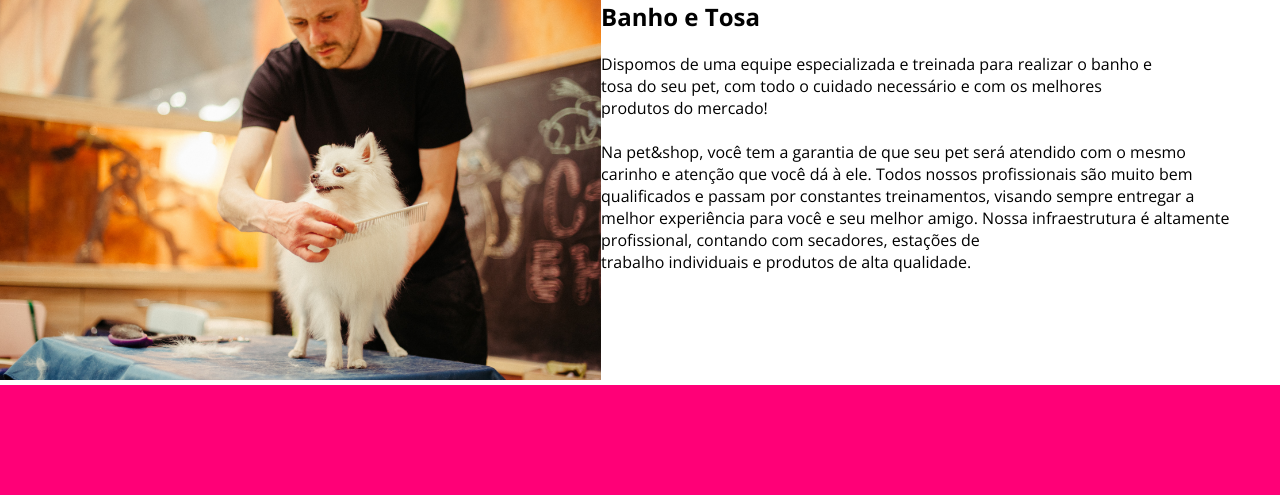
Repository: Carolden/ProhetoPetShop
Page: servicos.html
The author's editor kept a copy of each file at every save. The page is drawn from the files as they stood at one save, then again after the next save.
The browser window is 1280 px wide. The pictures show the part of the page from y = 270 to 765 px (the page is 1430 px tall).
A picture or video elsewhere on the page could not be fetched, so the positions and the page height are approximate.

Above is the page before, as saved 2023-05-02 08:46:40.

### servicos.html
<!DOCTYPE html>
<html lang="pt-BR">
<head>
    <meta charset="UTF-8">
    <meta http-equiv="X-UA-Compatible" content="IE=edge">
    <meta name="viewport" content="width=device-width, initial-scale=1.0">
    <title>Pet&Shop</title>
    <link rel="stylesheet" href="servicos.css">
    <link rel="stylesheet" href="https://cdnjs.cloudflare.com/ajax/libs/font-awesome/6.4.0/css/all.min.css">
    <link rel="preconnect" href="https://fonts.googleapis.com">
    <link rel="preconnect" href="https://fonts.gstatic.com" crossorigin>
    <link href="https://fonts.googleapis.com/css2?family=Open+Sans:wght@300;400;500;600;700;800&display=swap" rel="stylesheet">
</head>
<body>

    <header>

        <div class="headerrow">
            <div class="headercolumn">
                <img src="Imagens/logo-colored.svg" alt="logo" class="logocolored">
            </div>

            <div>
                <nav class="menu">
                    <a href="index.html">Home</a>
                    <a href="sobre.html">Sobre</a>
                    <a href="produtos.html">Produtos</a>
                    <a href="servicos.html" class="active">Serviços</a>
                    <a href="faleconosco.html">Fale Conosco</a>
                </nav>
            </div>
        </div>


    </header>

    <main>

        <div class="row">
            <div class="column">
                <img src="Imagens/Serviços/bath-and-groom.jpg" alt="banho e tosa" class="img-left">
            </div>
            <div class="column-text">
                <h2>Banho e Tosa</h2>
                <p>
                    <bolder>Dispomos de uma equipe especializada e treinada para realizar o banho e <br>tosa do seu pet, com todo o cuidado necessário e com os melhores <br>produtos do mercado!<bolder><br><br>
                    Na pet&shop, você tem a garantia de que seu pet será atendido com o mesmo <br>carinho e atenção que você dá à ele. Todos nossos profissionais são muito bem <br>qualificados e passam por constantes treinamentos, visando sempre entregar a <br>melhor experiência para você e seu melhor amigo. Nossa infraestrutura é altamente <br>profissional, contando com secadores, estações de <br>trabalho individuais e produtos de alta qualidade.
                </p>

            </div>
        </div>
















    </main>

    <footer class="footer">


        <div>
            <img src="Imagens/logo-white.svg" alt="logo" class="logofooter">
        </div>

        <div class="footerrow">

        <div class="footercolumn">
            <h4 class="contato">Contato</h4>
            <p class="contato">
                Estrada sem nome, 1234, Sala 0<br>
                Bairro - Cidade / UF<br>
                12345-678<br>
                <b>(00) 99999-9999<br>
                contato@petshop.com.br<br></b>
            </p>
        </div>


        <div class="footercolumn">
            <h4 class="horario">Horário de funcionamento</h4>
            <p class="horario">
                De Segunda a Sexta-feira das 9 às 19hs.<br>
                Aos Sábados das 9 às 18hs.
            </p>
        </div>


        <div class="footercolumn">
            <h4 class="socialmedia">Siga-nos</h4>
            <i class="fa-brands fa-facebook-f"></i>
            <i class="fa-brands fa-instagram"></i>
            <i class="fa-brands fa-tiktok"></i>
            <i class="fa-brands fa-twitter"></i>
            <i class="fa-brands fa-youtube"></i>
        </div>

        </div>

        <div class="devdbycrie">
            <p>© 2022 pet&shop | Todos os direitos reservados. Desenvolvido por Crie_TI</p>
        </div>

</body>
</html>

### servicos.css
@import url('https://fonts.googleapis.com/css2?family=Open+Sans:wght@300&display=swap');


body {
    margin: 0;
    border: 0;
    font-family: 'Open Sans', sans-serif;
    overflow-x: hidden;
}

/* HEADER */

.logocolored {
    width: 300px;
}

.headerrow {
    display: flex;
    width: 100%;
    align-items: center;
    padding-top: 10px;
    padding-bottom: 10px;
}

.menu a {
    text-decoration: none;
    padding: 12px;
    color: #382c32;
    font-weight: 600;
    font-size: 18px;
}

a.active {
    color: white;
    background-color: #FF0077;;
    padding-top: 100%;
    padding-bottom: 33px;
}

a.active:hover {
    color: white
}

a:hover {
    color: #FF0077;;
}

.headercolumn {
    width: 50%;
    padding-left: 150px;
}

/* MAIN */

.row {
    display: flex;
}

.img-left {
    height: 400px;
}

.columntext h2 {
    color: #FF0077;
}

.columntext {
    margin-left: 30px;
    box-sizing: border-box;
}








/* FOOTER */
.footerrow {
    display: flex;
    padding-bottom: 60px;
}

.logofooter {
    width: 300px;
}

.footer {
    background-color: #FF0077;
    width: 100%;
    padding: 130px 230px 80px 230px;
    box-sizing: border-box;
    color: white;
}

.footer h4 {
    font-size: 18px;
}

.footercolumn {
    width: 33.33%;
    align-items: center;
    text-align: right;
    font-size: 16px;
}

.contato {
    text-align: left;
}

.horario {
    text-align: center;
}

.socialmedia {
    text-align: right;
}

.footercolumn i {
    padding: 10px;
    font-size: 30px;
}

.devdbycrie {
    border-top: 2px solid rgb(255, 0, 136);
    text-align: center;
    font-size: 18px;
    padding-top: 15px;
}

.footercolumn i:hover {
    transform: scale(1.5) rotate(10deg);
}

After the next save:
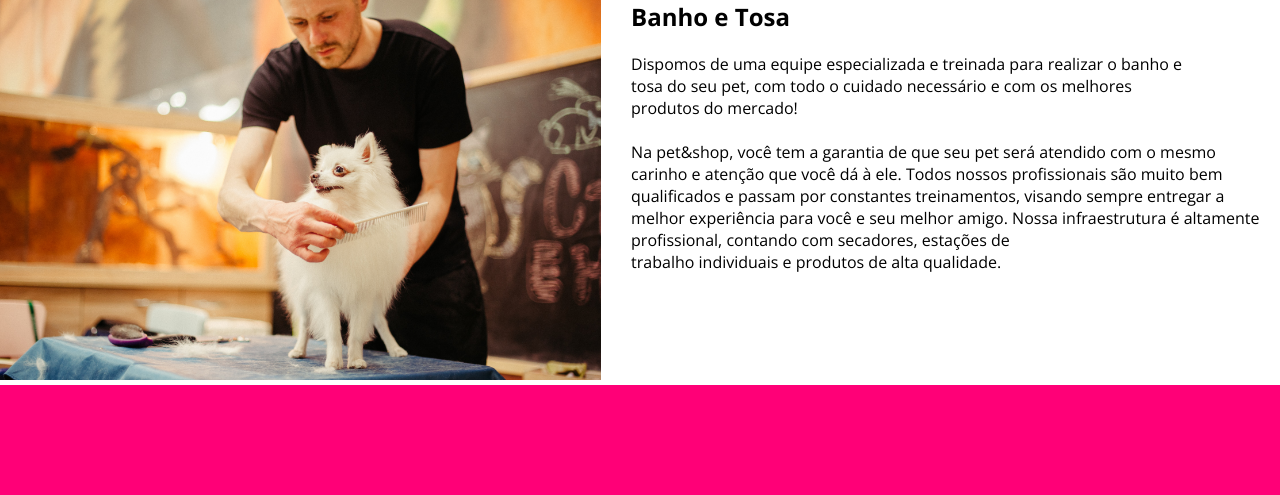
Saved 37 s later.
--- a/servicos.css
+++ b/servicos.css
@@ -64,8 +64,8 @@
     color: #FF0077;
 }
 
-.columntext {
-    margin-left: 30px;
+.column-text {
+    padding-left: 30px;
     box-sizing: border-box;
 }
 
